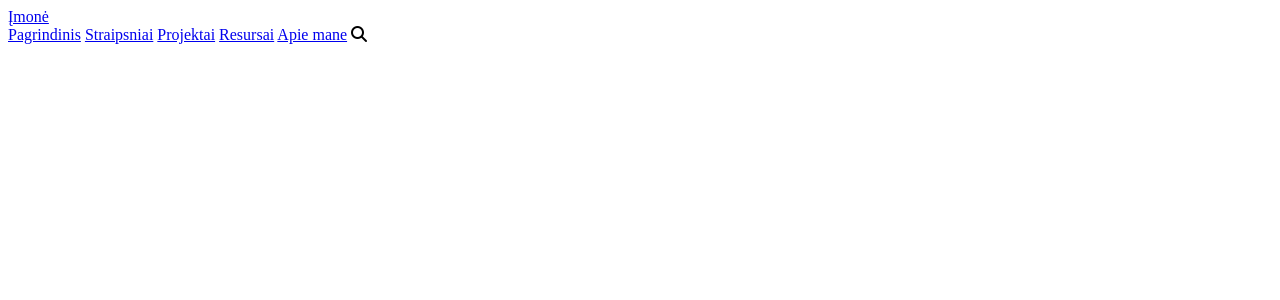
Repository: motiejus1/14-paskaita-05.31
Page: index.html
The author's editor kept a copy of each file at every save. The page is drawn from the files as they stood at one save, then again after the next save.
The browser window is 1280 px wide. The pictures show the whole page.
Some web libraries are served in a nearby version.

Above is the page before, as saved 2021-06-23 18:34:12.

After the next save:
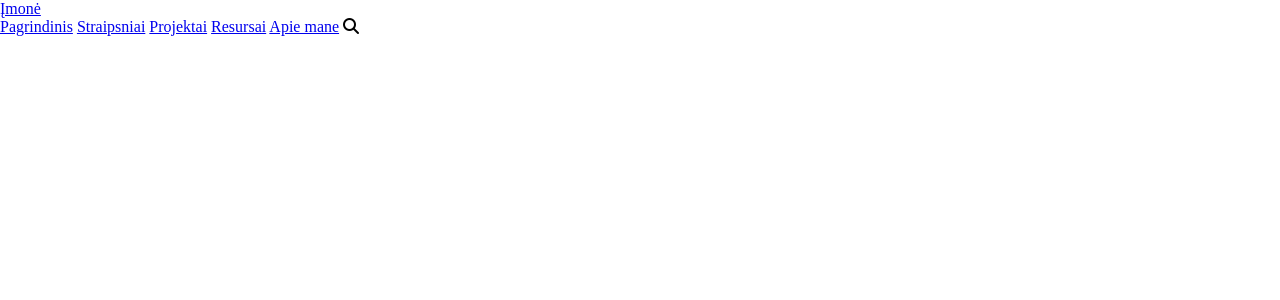
Saved 12 s later.
--- a/index.html
+++ b/index.html
@@ -14,6 +14,7 @@
 
         body {
             max-width: 1920px;
+            margin: 0 auto;
         }
     </style>
 </head>
